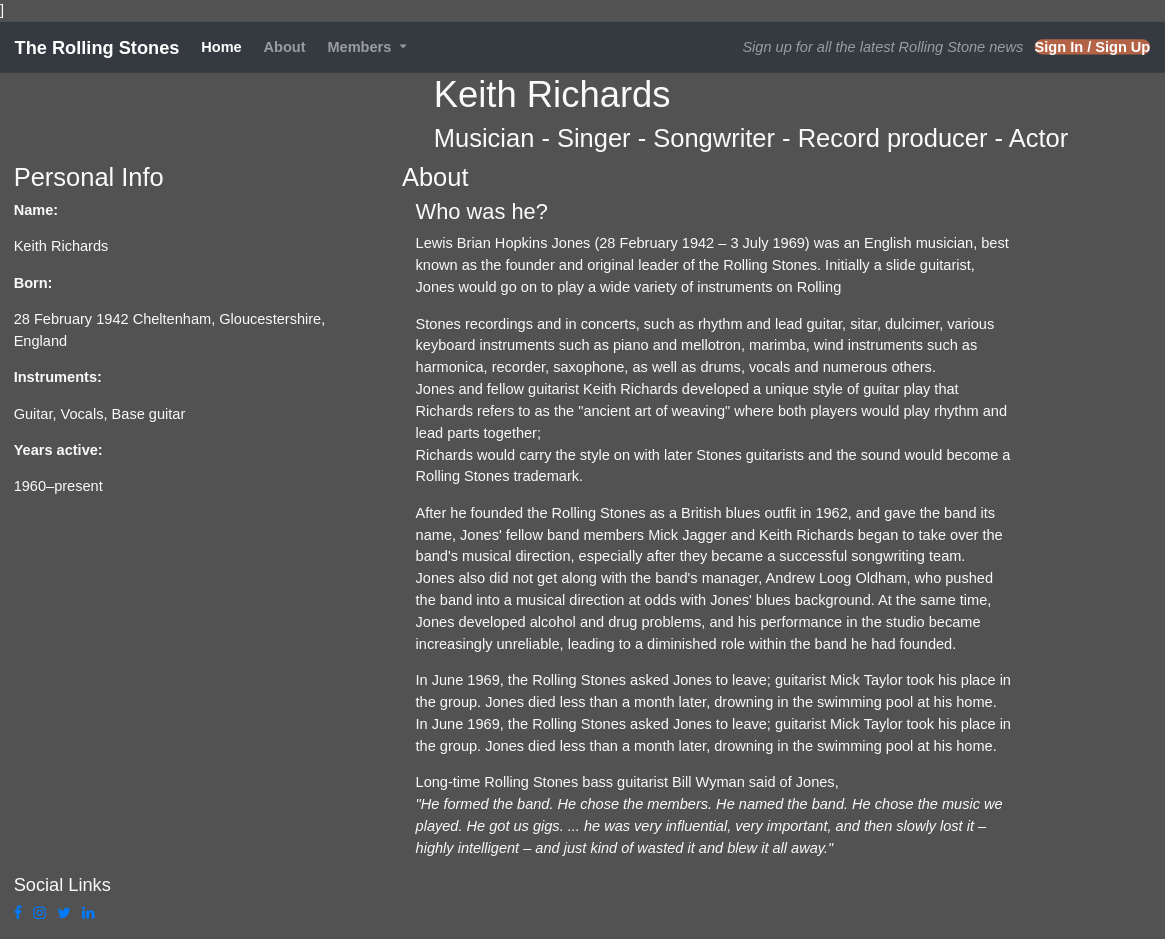
Repository: TecDruid/rolling-stones-fan-site
Page: keith-richards.html
The author's editor kept a record of every edit. The page is drawn from the files as they stood at one moment, then again after the next edit.
The browser window is 1280 px wide. The pictures show the whole page, at 91% of full size.
Some web fonts or font styles are not loaded; a fallback is used. Some web libraries are served in a nearby version.

Above is the page before.

After the next edit:
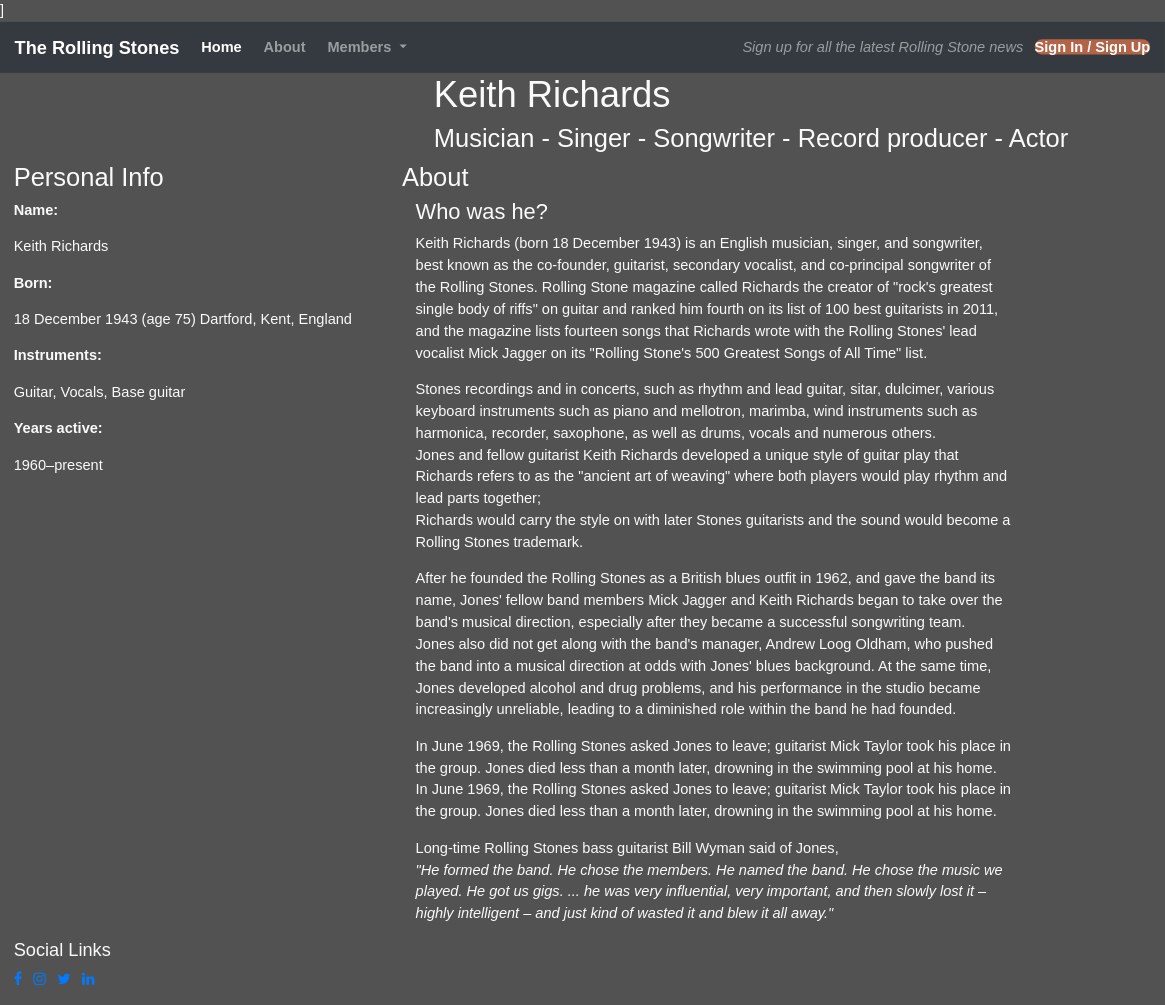
The edit:
--- a/keith-richards.html
+++ b/keith-richards.html
@@ -92,7 +92,7 @@
                         </p>
                     </div>
                 </div>
-                               <div class="personal-info-item">
+                <div class="personal-info-item">
                     <div class="key">
                         <p class="uppercase">
                             <strong>Born:</strong>
@@ -100,11 +100,11 @@
                     </div>
                     <div class="value">
                         <p>
-                            28 February 1942 Cheltenham, Gloucestershire, England
-                        </p>
-                    </div>
-                </div>
-                                <div class="personal-info-item">
+                            18 December 1943 (age 75) Dartford, Kent, England
+                        </p>
+                    </div>
+                </div>
+                <div class="personal-info-item">
                     <div class="key">
                         <p class="uppercase">
                             <strong>Instruments:</strong>
@@ -145,7 +145,7 @@
                 <div class="col-10">
                     <h4 class="three-reasons-heading uppercase">Who was he?</h4>
                     <p>
-                        Lewis Brian Hopkins Jones (28 February 1942 – 3 July 1969) was an English musician, best known as the founder and original leader of the Rolling Stones. Initially a slide guitarist, Jones would go on to play a wide variety of instruments on Rolling
+                        Keith Richards (born 18 December 1943) is an English musician, singer, and songwriter, best known as the co-founder, guitarist, secondary vocalist, and co-principal songwriter of the Rolling Stones. Rolling Stone magazine called Richards the creator of "rock's greatest single body of riffs" on guitar and ranked him fourth on its list of 100 best guitarists in 2011, and the magazine lists fourteen songs that Richards wrote with the Rolling Stones' lead vocalist Mick Jagger on its "Rolling Stone's 500 Greatest Songs of All Time" list.
                     </p>
 
                     <p>
@@ -154,8 +154,9 @@
                     </p>
                     <p>
                         After he founded the Rolling Stones as a British blues outfit in 1962, and gave the band its name, Jones' fellow band members Mick Jagger and Keith Richards began to take over the band's musical direction, especially after they became a successful songwriting
-                        team.<br/> Jones also did not get along with the band's manager, Andrew Loog Oldham, who pushed the band into a musical direction at odds with Jones' blues background. At the same time, Jones developed alcohol
-                        and drug problems, and his performance in the studio became increasingly unreliable, leading to a diminished role within the band he had founded.
+                        team.
+                        <br/> Jones also did not get along with the band's manager, Andrew Loog Oldham, who pushed the band into a musical direction at odds with Jones' blues background. At the same time, Jones developed alcohol and drug problems, and
+                        his performance in the studio became increasingly unreliable, leading to a diminished role within the band he had founded.
                     </p>
                     <p>
                         In June 1969, the Rolling Stones asked Jones to leave; guitarist Mick Taylor took his place in the group. Jones died less than a month later, drowning in the swimming pool at his home. In June 1969, the Rolling Stones asked Jones to leave; guitarist Mick
